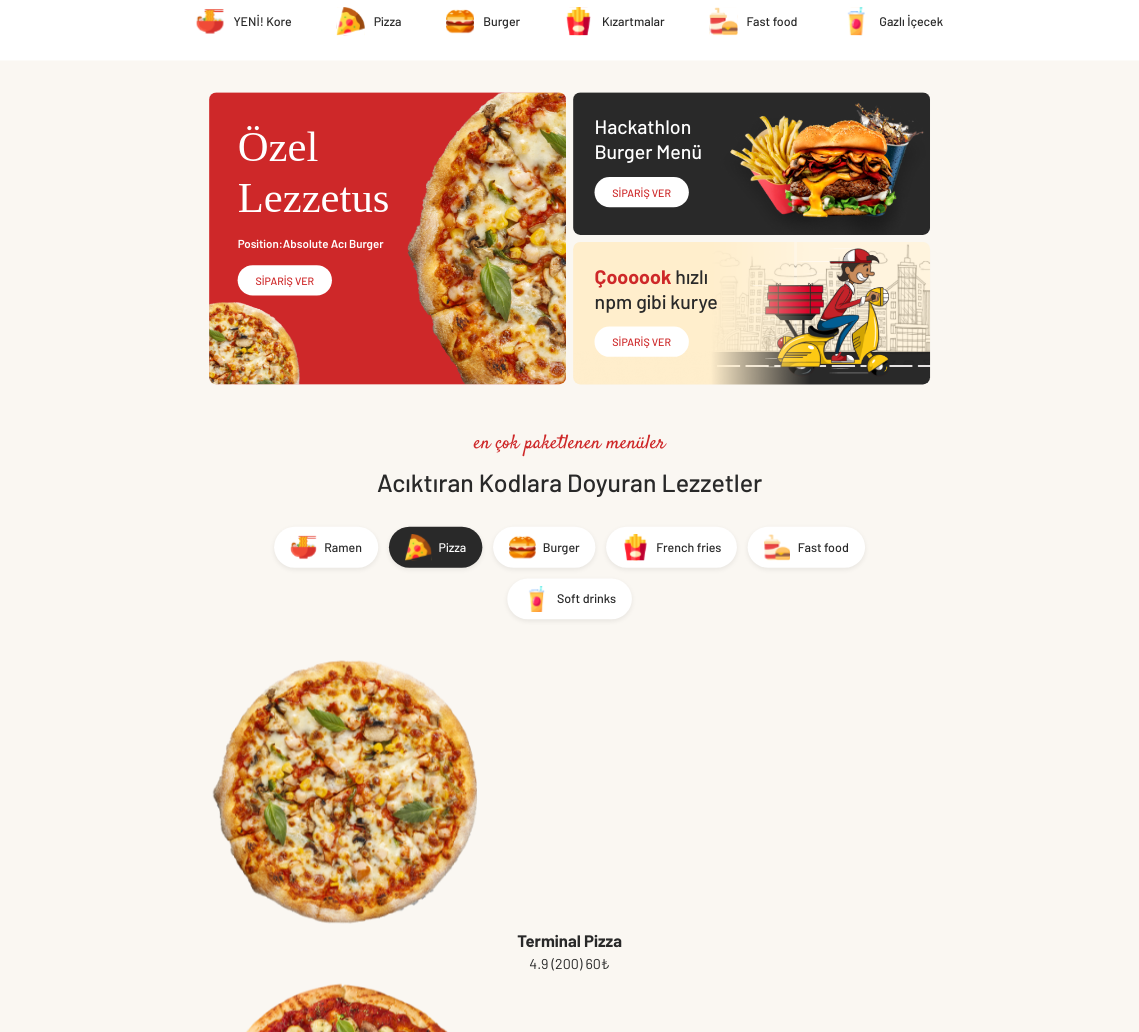
Repository: GozdeAybey/Pizza-HTML-CSS
Page: index.html
These files come from the project's save history. The page is drawn as it stood at one moment and after the next save; the edit follows.
The browser window is 1280 px wide. The pictures show the part of the page from y = 737 to 1897 px (the page is 3001 px tall before and 2247 px after), at 89% of full size.
A picture or video elsewhere on the page could not be fetched, so the positions and the page height are approximate. Some web fonts or font styles are not loaded; a fallback is used.

Above is the page before, as saved 2026-10-28 15:46:03.

### index.html
<!DOCTYPE html>
<html lang="tr">

  <head>
    <meta charset="UTF-8" />
    <link rel="icon" type="image/svg+xml" href="./workintech.svg" />
    <link rel="stylesheet" href="./style.css">
    <meta name="viewport" content="width=device-width, initial-scale=1.0" />
    <link rel="preconnect" href="https://fonts.googleapis.com">
    <link rel="preconnect" href="https://fonts.gstatic.com" crossorigin>
    <link href="https://fonts.googleapis.com/css2?family=Barlow:wght@400;500;600;700&family=Quattrocento:wght@400;700&family=Roboto+Condensed:wght@300;400;700&family=Satisfy&display=swap" rel="stylesheet">
    <title>Teknolojik Yemekler</title>
  </head>

  <body>
    <body>
      <header class="kapak">
        <img src="/assets/iteration-1/logo.svg" alt="Teknolojik Yemekler">
        <p>fırsatı kaçırma</p>
        <h1>KOD ACIKTIRIR PİZZA, DOYURUR</h1>
        <a class="buton" href="#menu">ACIKTIM</a>
      </header>

      <nav class="kategoriler" aria-label="Kategoriler">
        <ul>
          <li><a href="#"><img src="/assets/iteration-2/icons/1.svg" alt="">YENİ! Kore</a></li>
          <li><a href="#"><img src="/assets/iteration-2/icons/2.svg" alt="">Pizza</a></li>
          <li><a href="#"><img src="/assets/iteration-2/icons/3.svg" alt="">Burger</a></li>
          <li><a href="#"><img src="/assets/iteration-2/icons/4.svg" alt="">Kızartmalar</a></li>
          <li><a href="#"><img src="/assets/iteration-2/icons/5.svg" alt="">Fast food</a></li>
          <li><a href="#"><img src="/assets/iteration-2/icons/6.svg" alt="">Gazlı İçecek</a></li>
        </ul>
      </nav>

      <main>
        <section class="kampanyalar">
          <article class="kampanya pizza">
            <h2>Özel Lezzetus</h2>
            <p>Position:Absolute Acı Burger</p>
            <a class="buton" href="#menu">SİPARİŞ VER</a>
          </article>

          <article class="kampanya burger">
            <h2>Hackathlon Burger Menü</h2>
            <a class="buton" href="#menu">SİPARİŞ VER</a>
          </article>

          <article class="kampanya kurye">
            <h2><span>Çoooook</span> hızlı npm gibi kurye</h2>
            <a class="buton" href="#menu">SİPARİŞ VER</a>
          </article>
        </section>

        <section class="menu" id="menu">
          <p>en çok paketlenen menüler</p>
          <h2>Acıktıran Kodlara Doyuran Lezzetler</h2>

          <ul class="filtreler">
            <li><button type="button"><img src="/assets/iteration-2/icons/1.svg" alt="">Ramen</button></li>
            <li><button type="button" class="secili"><img src="/assets/iteration-2/icons/2.svg" alt="">Pizza</button></li>
            <li><button type="button"><img src="/assets/iteration-2/icons/3.svg" alt="">Burger</button></li>
            <li><button type="button"><img src="/assets/iteration-2/icons/4.svg" alt="">French fries</button></li>
            <li><button type="button"><img src="/assets/iteration-2/icons/5.svg" alt="">Fast food</button></li>
            <li><button type="button"><img src="/assets/iteration-2/icons/6.svg" alt="">Soft drinks</button></li>
          </ul>

          <ul class="urunler">
            <li class="urun">
              <img src="/assets/iteration-2/pictures/food-1.png" alt="Terminal Pizza">
              <h3>Terminal Pizza</h3>
              <div class="bilgi">
                <span>4.9</span>
                <span>(200)</span>
                <span class="fiyat">60₺</span>
              </div>
            </li>
            <li class="urun">
              <img src="/assets/iteration-2/pictures/food-2.png" alt="Position Absolute Acı Pizza">
              <h3>Position Absolute Acı Pizza</h3>
              <div class="bilgi">
                <span>4.9</span>
                <span>(200)</span>
                <span class="fiyat">60₺</span>
              </div>
            </li>
            <li class="urun">
              <img src="/assets/iteration-2/pictures/food-3.png" alt="useEffect Tavuklu Burger">
              <h3>useEffect Tavuklu Burger</h3>
              <div class="bilgi">
                <span>4.9</span>
                <span>(200)</span>
                <span class="fiyat">60₺</span>
              </div>
            </li>
          </ul>
        </section>
      </main>

      <footer class="altbilgi">
        <div class="altbilgi-ust">
          <section class="iletisim">
            <img src="/assets/iteration-2/footer/logo-footer.svg" alt="Teknolojik Yemekler">
            <address>
              <p><img src="/assets/iteration-2/footer/icons/icon-1.png" alt="">341 Londonderry Road, İstanbul Türkiye</p>
              <p><img src="/assets/iteration-2/footer/icons/icon-2.png" alt="">aciktim@teknolojikyemekler.com</p>
              <p><img src="/assets/iteration-2/footer/icons/icon-3.png" alt="">+90 216 123 45 67</p>
            </address>
          </section>

          <nav class="sicak-menu" aria-label="Hot Menu">
            <h3>Hot Menu</h3>
            <ul>
              <li><a href="#">Terminal Pizza</a></li>
              <li><a href="#">5 Kişilik Hackathlon Pizza</a></li>
              <li><a href="#">useEffect Tavuklu Pizza</a></li>
              <li><a href="#">Beyaz Console Frosty</a></li>
              <li><a href="#">Testler Geçti Mutlu Burger</a></li>
              <li><a href="#">Position Absolute Acı Burger</a></li>
            </ul>
          </nav>

          <section class="instagram">
            <h3>Instagram</h3>
            <ul>
              <li><img src="/assets/iteration-2/footer/insta/li-0.png" alt="Instagram gönderisi 1"></li>
              <li><img src="/assets/iteration-2/footer/insta/li-1.png" alt="Instagram gönderisi 2"></li>
              <li><img src="/assets/iteration-2/footer/insta/li-2.png" alt="Instagram gönderisi 3"></li>
              <li><img src="/assets/iteration-2/footer/insta/li-3.png" alt="Instagram gönderisi 4"></li>
              <li><img src="/assets/iteration-2/footer/insta/li-4.png" alt="Instagram gönderisi 5"></li>
              <li><img src="/assets/iteration-2/footer/insta/li-5.png" alt="Instagram gönderisi 6"></li>
            </ul>
          </section>
        </div>

        <div class="altbilgi-alt">
          <p>© 2023 Teknolojik Yemekler.</p>
          <a href="#" aria-label="Twitter">
            <svg viewBox="0 0 24 24" fill="currentColor" aria-hidden="true">
              <path d="M23.953 4.57a10 10 0 01-2.825.775 4.958 4.958 0 002.163-2.723c-.951.555-2.005.959-3.127 1.184a4.92 4.92 0 00-8.384 4.482C7.69 8.095 4.067 6.13 1.64 3.162a4.822 4.822 0 00-.666 2.475c0 1.71.87 3.213 2.188 4.096a4.904 4.904 0 01-2.228-.616v.06a4.923 4.923 0 003.946 4.827 4.996 4.996 0 01-2.212.085 4.936 4.936 0 004.604 3.417 9.867 9.867 0 01-6.102 2.105c-.39 0-.779-.023-1.17-.067a13.995 13.995 0 007.557 2.209c9.053 0 13.998-7.496 13.998-13.985 0-.21 0-.42-.015-.63A9.935 9.935 0 0024 4.59z"/>
            </svg>
          </a>
        </div>
      </footer>
    </body>
  </body>

</html>

### style.css
:root {
  --yellow: #FDC913;
  --gray-light: #5F5F5F;
  --gray-dark: #292929;
  --red: #CE2829;
  --beige: #FAF7F2;
  --footer-black: #1A1A1A;

  --font-heading: "Roboto Condensed", sans-serif;
  --font-body: "Barlow", sans-serif;
  --font-serif: "Quattrocento", serif;
  --font-accent: "Satisfy", cursive;
}

*,
*::before,
*::after {
  box-sizing: border-box;
  margin: 0;
  padding: 0;
}

img {
  max-width: 100%;
  display: block;
}

body {
  font-family: var(--font-body);
  color: var(--gray-dark);
  background-color: #fff;
  line-height: 1.5;
}
/* ---------- Ana alan ---------- */
main {
  padding: 36px 40px 60px;
  background-color: var(--beige);
}
/* ---------- Kampanya kartları ---------- */
.kampanyalar {
  display: grid;
  grid-template-columns: 1fr;
  gap: 12px;
  max-width: 810px;
  margin: 0 auto;
}

.kampanya {
  display: flex;
  flex-direction: column;
  align-items: flex-start;
  gap: 14px;
  padding: 24px;
  border-radius: 8px;
  color: #fff;
  background-size: cover;
  background-position: right center;
}

.kampanya h2 {
  max-width: 170px;
  font-size: 22px;
  font-weight: 500;
  line-height: 1.3;
}

.kampanya p {
  font-size: 13px;
  font-weight: 600;
}

.kampanya .buton {
  padding: 8px 20px;
  background-color: #fff;
  color: var(--red);
  font-size: 12px;
}

.pizza {
  min-height: 232px;
  background-color: var(--red);
  background-image: url("/assets/iteration-2/cta/kart-1.png");
}

.pizza h2 {
  max-width: 220px;
  font-family: var(--font-serif);
  font-size: 44px;
  font-weight: 400;
  line-height: 1.2;
}

.burger {
  min-height: 187px;
  background-color: var(--gray-dark);
  background-image: url("/assets/iteration-2/cta/kart-2.png");
}

.kurye {
  min-height: 181px;
  color: var(--gray-dark);
  background-image: url("/assets/iteration-2/cta/kart-3.png");
}

.kurye span {
  color: var(--red);
  font-weight: 700;
}
/* ---------- Ortak buton ---------- */
.buton {
  display: inline-block;
  padding: 12px 36px;
  border-radius: 50px;
  background-color: var(--yellow);
  color: var(--gray-dark);
  font-size: 16px;
  font-weight: 500;
  text-decoration: none;
}

/* ---------- Kapak (hero) ---------- */
.kapak {
  min-height: 100vh;
  padding: 50px 20px 0;
  display: flex;
  flex-direction: column;
  align-items: center;
  text-align: center;
  color: #fff;
  background-color: var(--red);
  background-image: url("/assets/iteration-1/home-banner.png");
  background-size: cover;
  background-position: center bottom;
}

.kapak img {
  width: 250px;
}

.kapak p {
  display: none;
  font-family: var(--font-accent);
  font-size: 24px;
  color: var(--yellow);
}

.kapak h1 {
  max-width: 280px;
  margin-top: 60px;
  font-family: var(--font-heading);
  font-weight: 300;
  font-size: 56px;
  line-height: 1.15;
}

.kapak .buton {
  margin-top: 40px;
}
ul {
  list-style: none;
}

a {
  color: inherit;
  text-decoration: none;
}
/* ---------- Kategori şeridi ---------- */
.kategoriler {
  padding: 28px 20px;
  background-color: #fff;
}

.kategoriler ul {
  display: grid;
  grid-template-columns: 1fr 1fr;
  gap: 20px 10px;
  max-width: 320px;
  margin: 0 auto;
}

.kategoriler a {
  display: flex;
  align-items: center;
  gap: 10px;
  font-size: 14px;
  font-weight: 500;
}

.kategoriler img {
  width: 32px;
}
/* ---------- Menü bölümü ---------- */
.menu {
  max-width: 810px;
  margin: 50px auto 0;
  text-align: center;
}

.menu p {
  font-family: var(--font-accent);
  font-size: 22px;
  color: var(--red);
}

.menu h2 {
  max-width: 250px;
  margin: 8px auto 0;
  font-size: 28px;
  font-weight: 500;
  line-height: 1.4;
}
.filtreler {
  display: grid;
  grid-template-columns: 1fr 1fr;
  gap: 16px 10px;
  max-width: 260px;
  margin: 30px auto 36px;
}

.filtreler li:nth-child(even) {
  justify-self: end;
}

.filtreler button {
  display: flex;
  align-items: center;
  gap: 8px;
  padding: 8px 18px;
  border: none;
  border-radius: 50px;
  background-color: #fff;
  box-shadow: 0 2px 6px rgba(0, 0, 0, 0.08);
  font-family: inherit;
  font-size: 14px;
  font-weight: 500;
  color: var(--gray-dark);
  cursor: pointer;
}

.filtreler img {
  width: 30px;
}

.filtreler .secili {
  background-color: var(--gray-dark);
  color: #fff;
}
/* ---------- Footer ---------- */
.altbilgi {
  padding: 40px 24px 0;
  background-color: var(--footer-black);
  color: #fff;
}

.altbilgi-ust {
  display: flex;
  flex-direction: column;
  gap: 32px;
  max-width: 810px;
  margin: 0 auto;
  padding-bottom: 32px;
}

.iletisim {
  display: flex;
  flex-direction: column;
  gap: 24px;
}

.iletisim > img {
  width: 130px;
}

.iletisim address {
  display: flex;
  flex-direction: column;
  gap: 16px;
  font-style: normal;
}

.iletisim p {
  display: flex;
  align-items: center;
  gap: 10px;
  font-size: 13px;
}

.iletisim p img {
  flex-shrink: 0;
}

.altbilgi h3 {
  margin-bottom: 20px;
  font-size: 16px;
  font-weight: 500;
}

.sicak-menu ul {
  display: flex;
  flex-direction: column;
  gap: 12px;
  font-size: 13px;
}

.instagram ul {
  display: grid;
  grid-template-columns: repeat(3, 1fr);
  gap: 8px;
  max-width: 240px;
}
.altbilgi-alt {
  display: flex;
  justify-content: space-between;
  align-items: center;
  max-width: 810px;
  margin: 0 auto;
  padding: 20px 0;
  border-top: 1px solid rgba(255, 255, 255, 0.2);
  font-size: 12px;
}
/* ---------- Geniş ekran ---------- */
@media (min-width: 768px) {
  .kapak {
    min-height: 56vw;
    padding-top: 40px;
  }

  .kapak p {
    display: block;
    margin-top: 24px;
  }

  .kapak h1 {
    max-width: 520px;
    margin-top: 4px;
    font-size: 64px;
  }
  .kategoriler ul {
    display: flex;
    justify-content: center;
    gap: 50px;
    max-width: none;
  }
  .kampanyalar {
    grid-template-columns: 1fr 1fr;
    gap: 8px;
  }

  .pizza {
    grid-row: span 2;
    min-height: 0;
    padding: 32px;
  }

  .pizza h2 {
    font-size: 48px;
  }

  .burger,
  .kurye {
    min-height: 160px;
  }
  .menu h2 {
    max-width: none;
  }

  .filtreler {
    display: flex;
    flex-wrap: wrap;
    justify-content: center;
    gap: 12px;
    max-width: none;
    margin-bottom: 40px;
  }

  .urunler {
    grid-template-columns: repeat(3, 1fr);
    gap: 24px;
  }
  .altbilgi {
    padding: 60px 40px 0;
  }

  .altbilgi-ust {
    flex-direction: row;
    justify-content: space-between;
    gap: 40px;
  }
  .altbilgi-alt svg {
    display: block;
    width: 18px;
    height: 18px;
  }
}

After the next save:
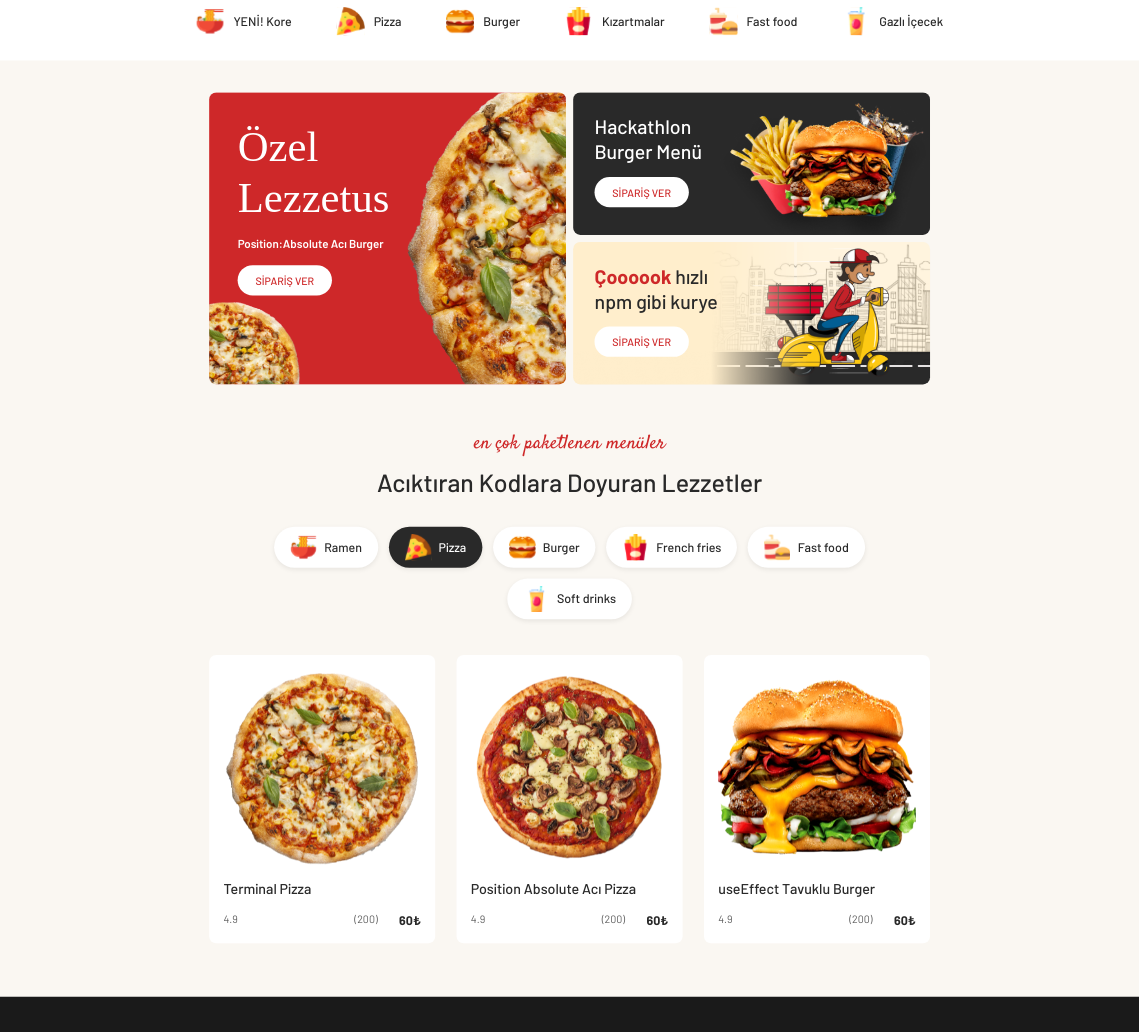
Saved 3 min 8 s later.
--- a/style.css
+++ b/style.css
@@ -245,6 +245,42 @@ a {
   background-color: var(--gray-dark);
   color: #fff;
 }
+.urunler {
+  display: grid;
+  grid-template-columns: 1fr;
+  gap: 16px;
+}
+
+.urun {
+  padding: 16px;
+  border-radius: 8px;
+  background-color: #fff;
+  text-align: left;
+}
+
+.urun h3 {
+  margin-top: 12px;
+  font-size: 16px;
+  font-weight: 500;
+}
+
+.bilgi {
+  display: flex;
+  gap: 24px;
+  margin-top: 12px;
+  font-size: 12px;
+  color: var(--gray-light);
+}
+
+.bilgi span:first-child {
+  margin-right: auto;
+}
+
+.bilgi .fiyat {
+  font-size: 14px;
+  font-weight: 700;
+  color: var(--gray-dark);
+}
 /* ---------- Footer ---------- */
 .altbilgi {
   padding: 40px 24px 0;
